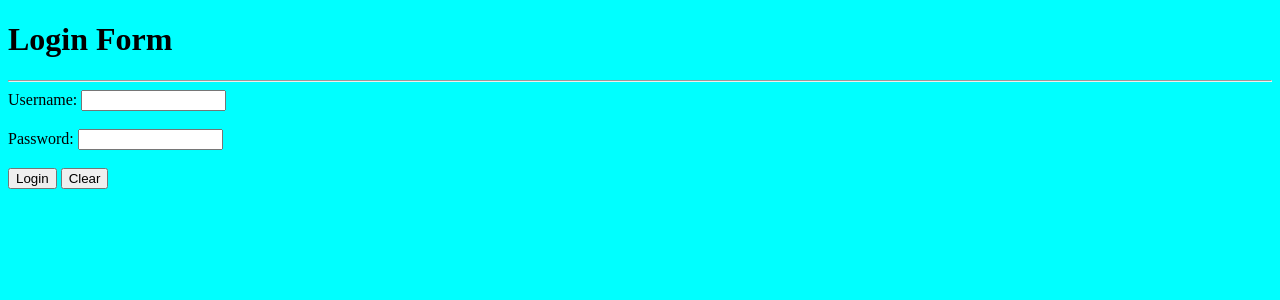
Repository: KAVYADINDI/Day10
Page: LoginApp/WebContent/registration.html
An editor plug-in stored every save of this project. The page is shown before and after the next save, followed by the edit.
The browser window is 1280 px wide. The pictures show the whole page.

Above is the page before, as saved 2018-09-05 10:18:56.

### LoginApp/WebContent/registration.html
<!DOCTYPE html>
<html>
<head>
<meta charset="ISO-8859-1">
<title>Insert title here</title>
</head>
<body bgcolor="cyan">
	<h1>Login Form</h1>
	<hr>
	<form action="register" method="get">
		<label>Username:</label>
		<input type="text" name="username" size="15" />
		<br>
		<br>
		<label>Password:</label>
		<input type="password" name="password" size="15" />
			<br> <br>
			<input type="submit" value="Login" />
			<input type="reset" value="Clear" />
			<br><br>
 	</form>
</body>
</html>

After the next save:
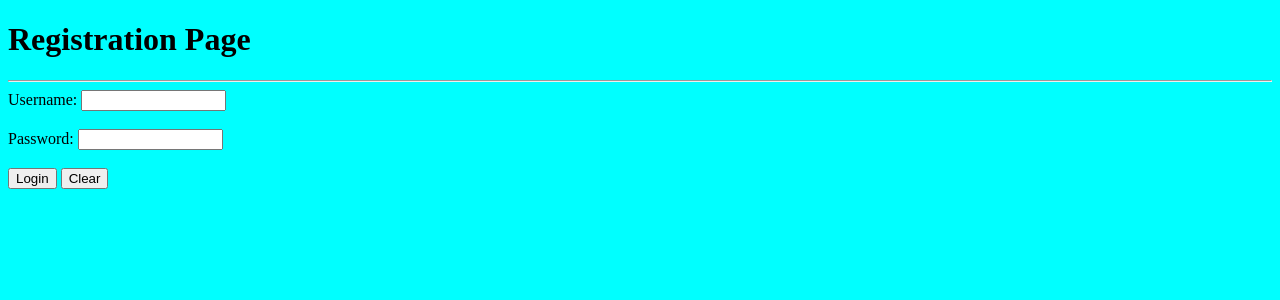
Saved 6 min 26 s later.
--- a/LoginApp/WebContent/registration.html
+++ b/LoginApp/WebContent/registration.html
@@ -5,9 +5,9 @@
 <title>Insert title here</title>
 </head>
 <body bgcolor="cyan">
-	<h1>Login Form</h1>
+	<h1>Registration Page</h1>
 	<hr>
-	<form action="register" method="get">
+	<form action="register" method="post">
 		<label>Username:</label>
 		<input type="text" name="username" size="15" />
 		<br>
